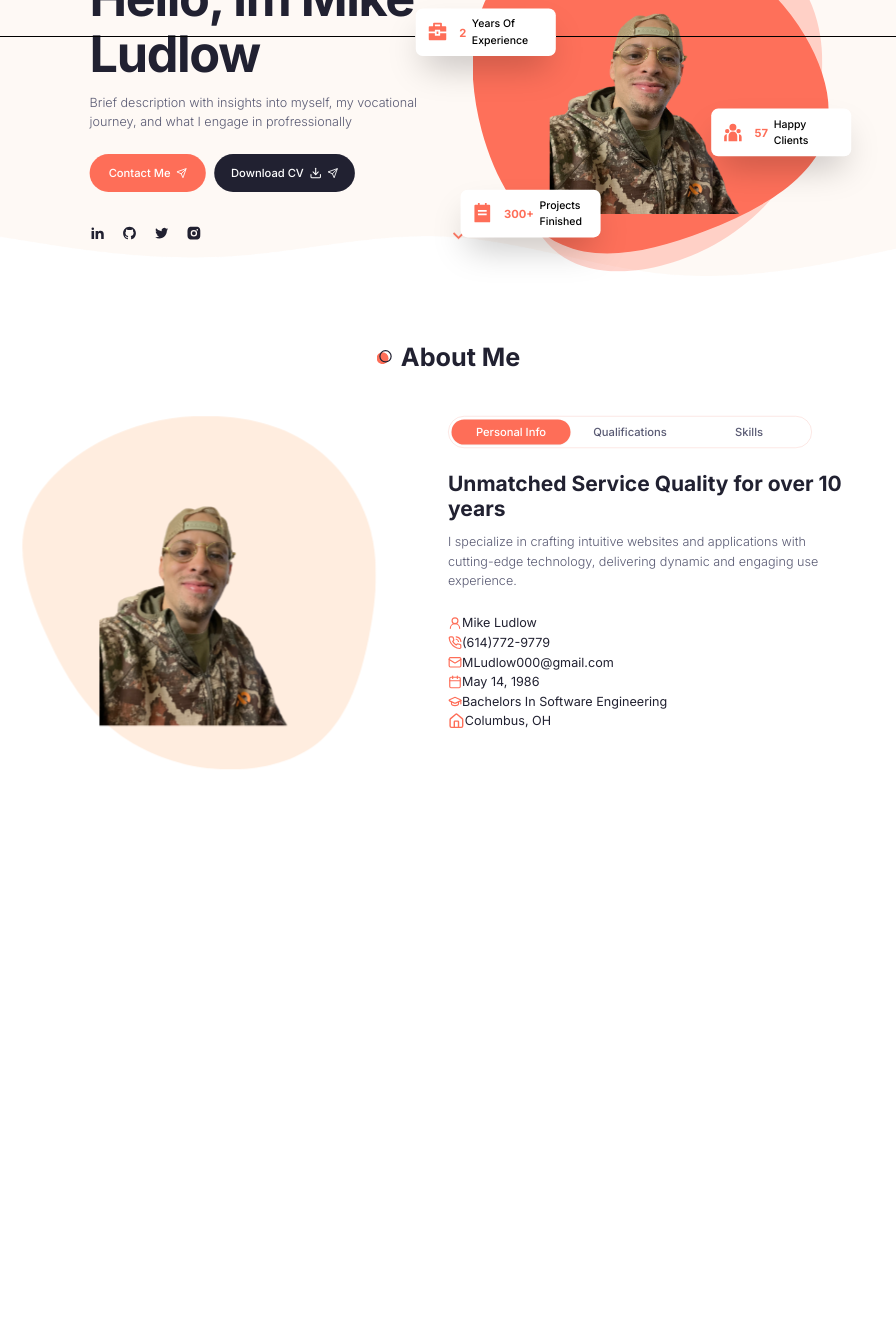
Repository: MikeeBuilds/mike-port
Page: /
The author's editor kept a copy of each file at every save. The page is drawn from the files as they stood at one save, then again after a run of saves.
The browser window is 1280 px wide. The pictures show the part of the page from y = 313 to 2233 px (the page is 5591 px tall), at 70% of full size.
The project was rebuilt for these pictures with package versions that can differ from the ones it lists, and the page was loaded fresh each time. The framework's server and built-in components were replaced by stand-ins that run in the browser. Also part of the build but not shown: next.config.js.

Above is the page before, as saved 2023-11-30 14:20:52.

### app/layout.jsx
import { Inter } from 'next/font/google'
import './globals.css'
import Header from '@/components/Header'
import Footer from '@/components/Footer'
import { ThemeProvider } from '@/components/ThemeProvider'

const inter = Inter({ subsets: ['latin'] })

export const metadata = {
  title: 'Mike Ludlow | Dev',
  description: 'Generated by create next app',
}

export default function RootLayout({ children }) {
  return (
    <html lang="en" suppressHydrationWarning>
      <body className={inter.className}
      >
        <ThemeProvider attribute="class" defaultTheme="light">
          <Header />
            {children}
          <Footer />
        </ThemeProvider>
      </body>
    </html>
  )
}

### app/page.jsx
import About from '@/components/About'
import Hero from '@/components/Hero'
import { main } from 'json'
import Image from 'next/image'

export default function Home() {
  return (
    <main>
      <Hero/>
      <About/>
    </main>
  )
}

### app/globals.css
@tailwind base;
@tailwind components;
@tailwind utilities;

@layer base {
  @layer base {
    :root {
      --background: 0 0% 100%;
      --foreground: 240 19% 16%;
      --card: 0 0% 100%;
      --card-foreground: 240 19% 16%;
      --popover: 0 0% 100%;
      --popover-foreground: 20 14.3% 4.1%;
      --primary: 8 99% 67%;
      --primary-foreground: 300 0% 100%;
      --secondary: 240 19% 16%;
      --secondary-foreground: 300 0% 100%;
      --tertiary: 27 82% 98%;
      --muted: 60 4.8% 95.9%;
      --muted-foreground: 237 13% 40%;
      --accent: 237 9% 96%;
      --accent-foreground: 24 9.8% 10%;
      --destructive: 0 84.2% 60.2%;
      --destructive-foreground: 60 9.1% 97.8%;
      --border: 8 82% 92%;
      --input: 8 82% 92%;
      --ring: 9 99% 67%;
      --radius: 1rem;
    }

    .dark {
      --background: 237 22% 20%;
      --foreground: 60 9.1% 97.8%;
      --card: 240 19% 16%;
      --card-foreground: 300 0% 100%;
      --popover: 20 14.3% 4.1%;
      --popover-foreground: 60 9.1% 97.8%;
      --primary: 8 99% 67%;
      --primary-foreground: 300 0% 100%;
      --secondary: 240 19% 16%;
      --secondary-foreground: 300 0% 100%;
      --tertiary: 237 22% 20%;
      --muted: 12 6.5% 15.1%;
      --muted-foreground: 237 13% 63%;
      --accent: 240 19% 16%;
      --accent-foreground: 300 0% 100%;
      --destructive: 0 72.2% 50.6%;
      --destructive-foreground: 60 9.1% 97.8%;
      --border: 237 22% 23%;
      --input: 237 22% 23%;
      --ring: 8 99% 67%;
    }
  }
}

@layer base {
  * {
    @apply border-border;
  }
  body {
    @apply bg-background text-foreground;
  }
}

.h1 {
  @apply text-6xl xl:text-[72px] xl:leading-[80px] tracking-[-2px] font-bold;
}

.h2 {
  @apply text-4xl font-bold;
}

.h3 {
  @apply text-3xl font-bold;
}

.h4 {
  @apply text-[22px] font-semibold;
}

.subtitle {
  @apply text-muted-foreground text-lg mb-8 font-light;

}
.section-title {
  @apply text-4xl font-bold relative w-max flex items-center justify-between gap-x-3
  before:bg-dots_light before:dark:bg-dots_dark before:bg-no-repeat before:bg-center
  before:w-[24px] before:h-[24px];
}

.badge {
  @apply z-10 w-[200px] h-[68px] bg-white dark:backdrop-blur-[44px] shadow-2xl p-4 rounded-[10px] flex items-center gap-x-4;
}

### components/Header.jsx
"use client";
import React, { useState, useEffect } from "react";

// components
import Logo from "./Logo";
import ThemeToggler from "./ThemeToggler";
import Nav from "./Nav";
import MobileNav from "./MobileNav";
import { usePathname } from "next/navigation";

const Header = () => {
  const [header, setHeader] = useState(false);
  const pathname = usePathname();

  useEffect(() => {
    const scrollYpos = window.addEventListener("scroll", () => {
      window.scrollY > 50 ? setHeader(true) : setHeader(false);
    });

    // remove event
    return () => window.removeEventListener("scroll", scrollYpos);
  });

  return (
    <header
      className={`${
        header
          ? "py-4 bg-white shadow-lg dark:bg-accent"
          : "py-6 dark:bg-transparent"
      } sticky top-0 z-30 transition-all ${pathname === '/' && 'bg-white'}`}
    >
      <div className="container mx-auto">
        <div className="flex justify-between items-center">
          <Logo />
          <div className="flex items-center gap-x-6">
            {/* nav */}
            <Nav
              containerStyles="hidden xl:flex gap-x-8 items-center"
              linkStyles="relative hover:text-primary transition-all"
              underlineStyles="absolute left-0 top-full h-[2px] bg-primary w-full"
            />
            <ThemeToggler />
            {/* mobile nav */}
            <div className="lg:hidden">
              <MobileNav />
            </div>
          </div>
        </div>
      </div>
    </header>
  );
};

export default Header;

### components/Footer.jsx

const Footer = () => {
  return (
    <footer>Footer</footer>
  )
}

export default Footer

### components/ThemeProvider.jsx
"use client"


import {
    ThemeProvider as NextThemesProvider
} from "next-themes";



export function ThemeProvider({ children, ...props}) {
    return <NextThemesProvider {...props}>{children}</NextThemesProvider>
}

### components/About.jsx
import DevImg from "./DevImg";
import image from "next/image";
import { Tabs, TabsContent, TabsList, TabsTrigger } from "@/components/ui/tabs";

import {
  User2,
  MailIcon,
  HomeIcon,
  PhoneCall,
  GraduationCap,
  Calendar,
  Briefcase,
} from "lucide-react";

const infoData = [
  {
    icon: <User2 size={20} />,
    text: "Mike Ludlow",
  },
  {
    icon: <PhoneCall size={20} />,
    text: "(614)772-9779",
  },
  {
    icon: <MailIcon size={20} />,
    text: "MLudlow000@gmail.com",
  },
  {
    icon: <Calendar size={20} />,
    text: "May 14, 1986",
  },
  {
    icon: <GraduationCap size={20} />,
    text: "Bachelors In Software Engineering",
  },
  {
    icon: <HomeIcon sizes={20} />,
    text: "Columbus, OH",
  },
];

const qualificationData = [
  {
    title: "education",
    data: [
      {
        university: "Columbus State Community College",
        qualification: "Bachelor Of Science",
        years: "2019-2024",
      },
      {
        university: "Learn Web3",
        qualification: "Ethereum Developer Degree",
        years: "2022-2023",
      },
      {
        university: "Alchemy University",
        qualification: "Learn Javascript",
        years: "2023",
      },
    ],
  },
  {
    title: "experience",
    data: [
      {
        company: "Takify AI Startup",
        qualification: "Software Developer",
        years: "2022-present",
      },
      // {
      //   company: 'Takify AI Startup',
      //   qualification: 'Software Developer',
      //   years: '2022-present'
      // },
      // {
      //   company: 'Takify AI Startup',
      //   qualification: 'Software Developer',
      //   years: '2022-present'
      // },
    ],
  },
];

const skillData = [
  {
    title: "skills",
    data: [
      {
        name: "HTML, CSS",
      },
      {
        name: "Front-end Development",
      },
      {
        name: "Javascript, PHP",
      },
      {
        name: "Back-end Development",
      },
    ],
  },
  {
    title: "tools",
    data: [
      {
        imgPath: "/about/vscode.svg",
      },
      {
        imgPath: "/about/figma.svg",
      },
      {
        imgPath: "/about/notion.svg",
      },
      {
        imgPath: "/about/wordpress.svg",
      },
    ],
  },
];

const About = () => {
  const getData = (arr, title) => {
    return arr.find((item) => item.title === title);
  };

  return (
    <section className="xl:h-[860px] pb-12 xl:py-24">
      <div className="container mx-auto">
        <h2 className="section-title mb-8 xl:mb-16 text-center mx-auto">
          About Me
        </h2>
        <div className="flex flex-col xl:flex-row">
          {/* iamge */}
          <div className="hidden xl:flex flex-1 relative">
            <DevImg
              containerStyles="bg-about_shape_light dark:bg-about_shape_dark w-[505px] h-[505px] bg-no-repeat relative"
              imgSrc="/about/developer.png"
            />
          </div>
          {/* tabs */}
          <div className="flex-1">
            <Tabs defaultValue="personal">
              <TabsList className="w-full grid xl:grid-cols-3 xl:max-w-[520px] xl:border dark:border-none">
                <TabsTrigger className="w-[162px] xl:w-auto" value="personal">
                  Personal Info
                </TabsTrigger>
                <TabsTrigger
                  className="w-[162px] xl:w-auto"
                  value="qualifications"
                >
                  Qualifications
                </TabsTrigger>
                <TabsTrigger className="w-[162px] xl:w-auto" value="skills">
                  Skills
                </TabsTrigger>
              </TabsList>
              {/* tabs content */}
              <div className="text-lg mt:12 xl:mt-8">
                {/* personal */}
                <TabsContent value="personal">
                  <div className="text-center xl:text-left">
                    <h3 className="h3 mb-4">Unmatched Service Quality for over 10 years</h3>
                    <p className="subtitle max-w-xl mx-auto xl:mx-0">
                      I specialize in crafting intuitive websites and
                      applications with cutting-edge technology, delivering
                      dynamic and engaging use experience.
                    </p>
                    {/* icons */}
                    <div>
                      {infoData.map((item, index) => {
                        return (
                          <div className="flex items-center" key={index}>
                             <div className="text-primary">{item.icon}</div>
                             <div>{item.text}</div>
                          </div>
                        )
                      })}
                    </div>
                  </div>
                </TabsContent>
                <TabsContent value="qualifications">
                  qualifications info
                </TabsContent>
                <TabsContent value="skills">skills info</TabsContent>
              </div>
            </Tabs>
          </div>
        </div>
      </div>
    </section>
  );
};

export default About;

### components/Hero.jsx
import Link from "next/link";
import { Download, Send } from "lucide-react";
import { Button } from "./ui/button";

import {
  RiBriefcase4Fill,
  RiTeamFill,
  RiTodoFill,
  RiArrowDownSLine,
} from "react-icons/ri";

//components
import DevImg from "./DevImg";
import Badge from "./Badge";
import Socials from "./Socials";

const Hero = () => {
  return (
    <section className="py-12 xl:py-24 h-[84vh] xl:pt-28 bg-hero bg-no-repeat bg-bottom bg-cover dark:bg-none">
      <div className="flex justify-between gap-x-8">
        {/* text */}
        <div className="flex max-w-[600px] flex-col justify-center mx-auto xl:mx-32 text-center xl:text-left">
          <div className="text-sm uppercase font-semibold mb-4 text-primary tracking-[4px]">
            Software Developer
          </div>
          <h1 className="h1 mb-4">Hello, Im Mike Ludlow</h1>
          <p className="subtitle max-w-[490px] mx-auto xl:mx-0">
            Brief description with insights into myself, my vocational journey,
            and what I engage in profressionally
          </p>
          {/* buttons */}
          <div
            className="flex flex-col gap-y-3 md:flex-row gap-x-3 mx-auto
          xl:mx-0 mb-12"
          >
            <Link href="/contact">
              <Button className="gap-x-2">
                Contact Me <Send size={15} />
              </Button>
            </Link>
            <Button variant="secondary" className="gap-x-2">
              Download CV <Download size={18} /> <Send size={15} />
            </Button>
          </div>
          {/* socials */}
          <Socials
            containerStyles="flex gap-x-6 mx-auto xl:mx-0"
            iconStyles="text-foreground text-[22px] hover:text-primary transition-all"
          />
        </div>
        {/* image */}
        <div className="hidden xl:flex relative right-24">
          <Badge
            icon={<RiBriefcase4Fill />}
            endCountNum={2}
            badgeText="Years Of Experience"
            containerstyles="absolute top-[24%] -left-[5rem]"
          />
          {/* badge 2 */}
          <Badge
            icon={<RiTodoFill />}
            endCountNum={30}
            endCountText='0+'
            badgeText="Projects Finished"
            containerstyles="absolute top-[80%] -left-[1rem]"
          />
          {/* badge 3 */}
          <Badge
            icon={<RiTeamFill />}
            endCountNum={5}
            endCountText='7'
            badgeText="Happy Clients"
            containerstyles="absolute top-[55%] -right-8"
          />
          <div className="bg-hero_shape2_light dark:bg-hero_shape2_dark w-[500px] h-[500px] bg-no-repeat absolute -top-1 -right-8"></div>
          <DevImg
            containerStyles="bg-hero_shape w-[510px] h-[462px] bg-no-repeat relative bg-bottom"
            imgSrc="/hero/developer.png"
          />
        </div>
        {/* icon */}
        <div className="hidden md:flex absolute left-2/4 bottom-44 xl:bottom-12 animate-bounce">
          <RiArrowDownSLine className="text-3xl text-primary" />
        </div>
      </div>
    </section>
  );
};

export default Hero;

### components/Logo.jsx
import Link from "next/link";
import Image from "next/image";


const Logo = () => {
  return (
    <Link href="/">
        <Image src='/logo.svg' width={54} height={54} priority alt="logo"/>
    </Link>
  )
}

export default Logo

### components/ThemeToggler.jsx
"use client";

import { Button } from "./ui/button";
import { MoonIcon, SunIcon } from "@radix-ui/react-icons";
import { useTheme } from "next-themes";

const ThemeToggler = () => {
  const { theme, setTheme } = useTheme();
  return (
    <Button variant='outline' size="outline" onClick={() => setTheme(theme === 'dark' ? 'light' : 'dark')}>
      <SunIcon
        className="h-[1.2rem] w-[1.2rem] rotate-0 scale-100 transition-all
      dark:rotate-90 dark:scale-0"
      />
      <MoonIcon
        className="absolute h-[1.2rem] w-[1.2rem] rotate-90 scale-0 transition-all
       dark:rotate-0 dark:scale-100"
      />
    </Button>
  );
};

export default ThemeToggler;

### components/Nav.jsx
import Link from "next/link";

//next hooks
import { usePathname } from "next/navigation";

//framer motion
import { motion } from "framer-motion";

const links = [
  { path: "/", name: "home" },
  { path: "/projects", name: "my projects" },
  { path: "/contact", name: "contact" },
];

const Nav = ({ containerStyles, linkStyles, underlineStyles }) => {
  const path = usePathname();
  return (
    <nav className={`${containerStyles}`}>
      {links.map((link, index) => {
        return (
          <Link
            href={link.path}
            key={index}
            className={`capitalize ${linkStyles}`}
          >
            {link.path === path && (
              <motion.span
                initial={{ y: "-100%" }}
                animate={{ y: 0 }}
                transition={{ type: "tween" }}
                layoutId="underline"
                className={`${underlineStyles}`}
              />
            )}
            {link.name}
          </Link>
        );
      })}
    </nav>
  );
};

export default Nav;

### components/MobileNav.jsx
import { Sheet, SheetContent, SheetTrigger } from "@/components/ui/sheet";
import { AlignJustify } from "lucide-react";

import Nav from "./Nav";
import Logo from "./Logo";
import Socials from "./Socials";

const MobileNav = () => {
  return (
    <Sheet>
      <SheetTrigger asChild>
        <AlignJustify className="cursor-pointer" />
      </SheetTrigger>
      <SheetContent>
        <div className="flex flex-col items-center justify-between h-full py-8">
          <div className="flex flex-col items-center gap-y-32">
            <Logo />
            <Nav
              containerStyles="flex flex-col items-center gap-y-6"
              linkStyles="text-2xl"
            />
          </div>
            <Socials containerStyles='flex gap-x-4' iconStyles='text-2xl'/>
        </div>
      </SheetContent>
    </Sheet>
  );
};

export default MobileNav;

### components/DevImg.jsx
import Image from "next/image";

const DevImg = ({ containerStyles, imgSrc }) => {
  return <div className={`${containerStyles}`}>
    <Image src={imgSrc} fill priority alt="" />
  </div>;
};

export default DevImg;

### components/ui/tabs.jsx
"use client";

import * as React from "react";
import * as TabsPrimitive from "@radix-ui/react-tabs";

import { cn } from "@/lib/utils";

const Tabs = TabsPrimitive.Root;

const TabsList = React.forwardRef(({ className, ...props }, ref) => (
  <TabsPrimitive.List
    ref={ref}
    className={cn(
      "inline-flex items-center justify-center xl:bg-white p-1 text-muted-foreground rounded-[30px] dark:md:bg-secondary",
      className
    )}
    {...props}
  />
));
TabsList.displayName = TabsPrimitive.List.displayName;

const TabsTrigger = React.forwardRef(({ className, ...props }, ref) => (
  <TabsPrimitive.Trigger
    ref={ref}
    className={cn(
      "inline-flex items-center justify-center whitespace-nowrap rounded-full px-3 py-1.5 text-base font-medium ring-offset-background transition-all focus-visible:outline-none focus-visible:ring-2 focus-visible:ring-ring focus-visible:ring-offset-2 disabled:pointer-events-none disabled:opacity-50 data-[state=active]:bg-primary data-[state=active]:text-white data-[state=active]:shadow-sm ",
      className
    )}
    {...props}
  />
));
TabsTrigger.displayName = TabsPrimitive.Trigger.displayName;

const TabsContent = React.forwardRef(({ className, ...props }, ref) => (
  <TabsPrimitive.Content
    ref={ref}
    className={cn(
      "mt-2 ring-offset-background focus-visible:outline-none focus-visible:ring-2 focus-visible:ring-ring focus-visible:ring-offset-2",
      className
    )}
    {...props}
  />
));
TabsContent.displayName = TabsPrimitive.Content.displayName;

export { Tabs, TabsList, TabsTrigger, TabsContent };

### components/ui/button.jsx
import * as React from "react"
import { Slot } from "@radix-ui/react-slot"
import { cva } from "class-variance-authority";

import { cn } from "@/lib/utils"

const buttonVariants = cva(
  "inline-flex items-center justify-center whitespace-nowrap rounded-full text-base font-medium ring-offset-background transition-colors focus-visible:outline-none focus-visible:ring-2 focus-visible:ring-ring focus-visible:ring-offset-2 disabled:pointer-events-none disabled:opacity-50",
  {
    variants: {
      variant: {
        default: "bg-primary text-primary-foreground hover:bg-primary/90",
        destructive:
          "bg-destructive text-destructive-foreground hover:bg-destructive/90",
        outline:
          "border border-input bg-background hover:bg-accent hover:text-accent-foreground",
        secondary:
          "bg-secondary text-secondary-foreground hover:bg-secondary/80",
        ghost: "hover:bg-accent hover:text-accent-foreground",
        link: "text-primary underline-offset-4 hover:underline",
      },
      size: {
        default: "h-[54px] px-6 py-2 min-w-[166px]",
        sm: "h-9 rounded-md px-3",
        lg: "h-11 rounded-md px-8",
        icon: "h-10 w-10",
      },
    },
    defaultVariants: {
      variant: "default",
      size: "default",
    },
  }
)

const Button = React.forwardRef(({ className, variant, size, asChild = false, ...props }, ref) => {
  const Comp = asChild ? Slot : "button"
  return (
    (<Comp
      className={cn(buttonVariants({ variant, size, className }))}
      ref={ref}
      {...props} />)
  );
})
Button.displayName = "Button"

export { Button, buttonVariants }

### components/Badge.jsx
"use client"
import CountUp from 'react-countup';

const Badge = ({
  containerstyles,
  icon,
  endCountNum,
  endCountText,
  badgeText
}) => {
  return <div className={`badge ${containerstyles}`}>
    <div className='text-3xl text-primary'>{icon}</div>
    <div className='flex items-center gap-x-2'>
      <div className='text-4-xl leading-none font-bold text-primary'>
        <CountUp end={endCountNum} delay={1} duration={4}/>
        {endCountText}
      </div>
      <div className='max-w-[70px] leadin-none text-[15px] font-medium text-black'>{badgeText}</div>
    </div>
  </div>;
};

export default Badge;

### components/Socials.jsx
'use client'

import {
  RiLinkedinFill,
  RiGithubFill,
  RiTwitterFill,
  RiInstagramFill
} from 'react-icons/ri';

import Link from 'next/link';

const icons = [
  {
    path: '/',
    name: <RiLinkedinFill />,
  },
  {
    path: '/',
    name: <RiGithubFill />,
  },{
    path: '/',
    name: <RiTwitterFill />,
  },{
    path: '/',
    name: <RiInstagramFill />,
  },
]


import React from "react";

const Socials = ({ containerStyles, iconStyles}) => {
  return <div className={`${containerStyles}`}>
    {icons.map((icon, index) => {
      return <Link href={icon.path} key={index}>
        <div className={`${iconStyles}`}>
          {icon.name}
        </div>
      </Link>
    })}
  </div>;
};

export default Socials;

Loaded but not shown: lib/utils.js (common file); tailwind.config.js (90 lines, source omitted); app/template.js (36 lines, source omitted); hooks/useScrollProgress.js (25 lines, source omitted); components/ui/sheet.jsx (109 lines, source omitted)

After the next 2 saves:
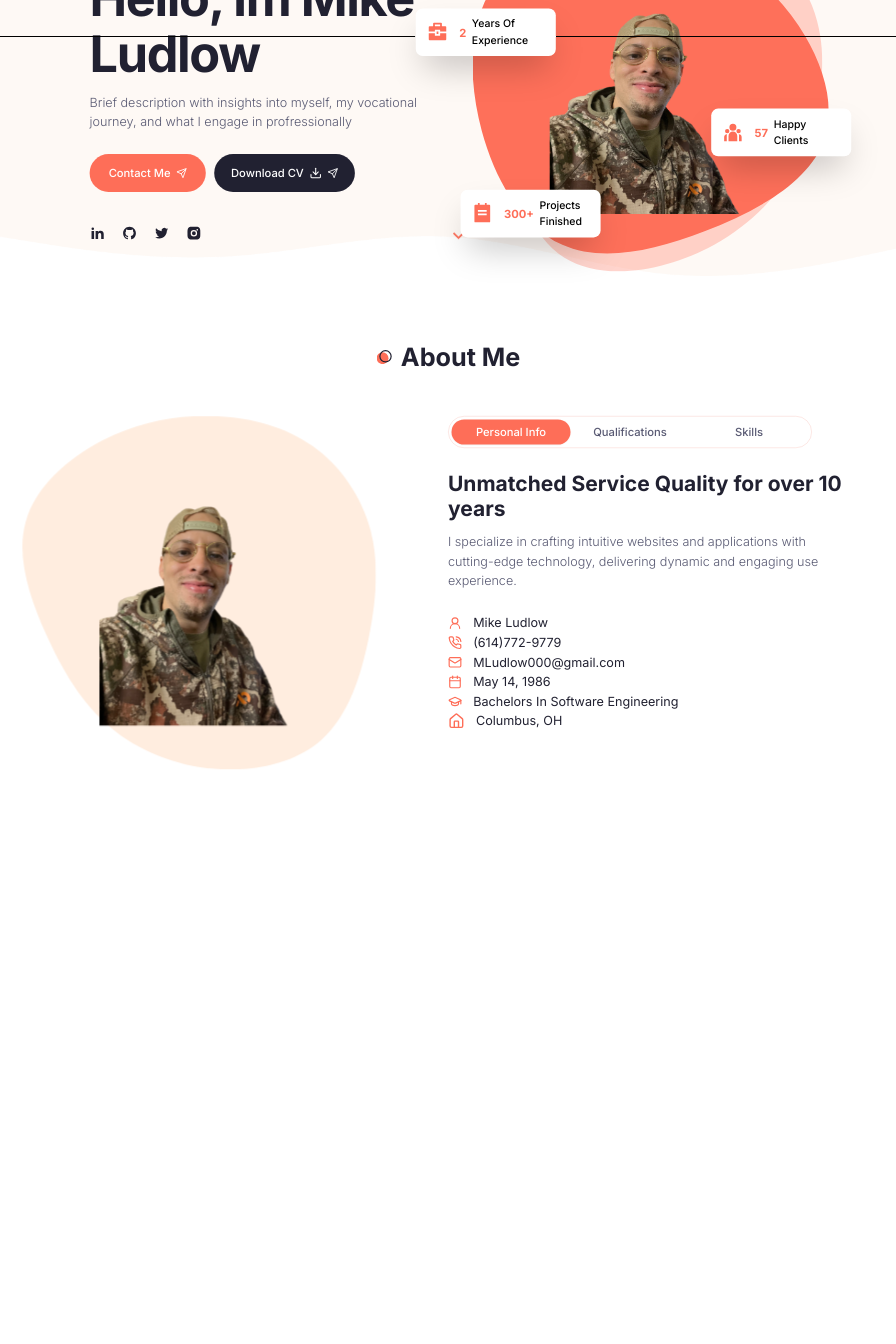
The 2 saves are shown as one change because they came seconds apart.
The last was saved 9 s later.
--- a/components/About.jsx
+++ b/components/About.jsx
@@ -160,7 +160,9 @@ const About = () => {
                 {/* personal */}
                 <TabsContent value="personal">
                   <div className="text-center xl:text-left">
-                    <h3 className="h3 mb-4">Unmatched Service Quality for over 10 years</h3>
+                    <h3 className="h3 mb-4">
+                      Unmatched Service Quality for over 10 years
+                    </h3>
                     <p className="subtitle max-w-xl mx-auto xl:mx-0">
                       I specialize in crafting intuitive websites and
                       applications with cutting-edge technology, delivering
@@ -170,11 +172,14 @@ const About = () => {
                     <div>
                       {infoData.map((item, index) => {
                         return (
-                          <div className="flex items-center" key={index}>
-                             <div className="text-primary">{item.icon}</div>
-                             <div>{item.text}</div>
+                          <div
+                            className="flex items-center gap-x-4 mx-auto"
+                            key={index}
+                          >
+                            <div className="text-primary">{item.icon}</div>
+                            <div>{item.text}</div>
                           </div>
-                        )
+                        );
                       })}
                     </div>
                   </div>
